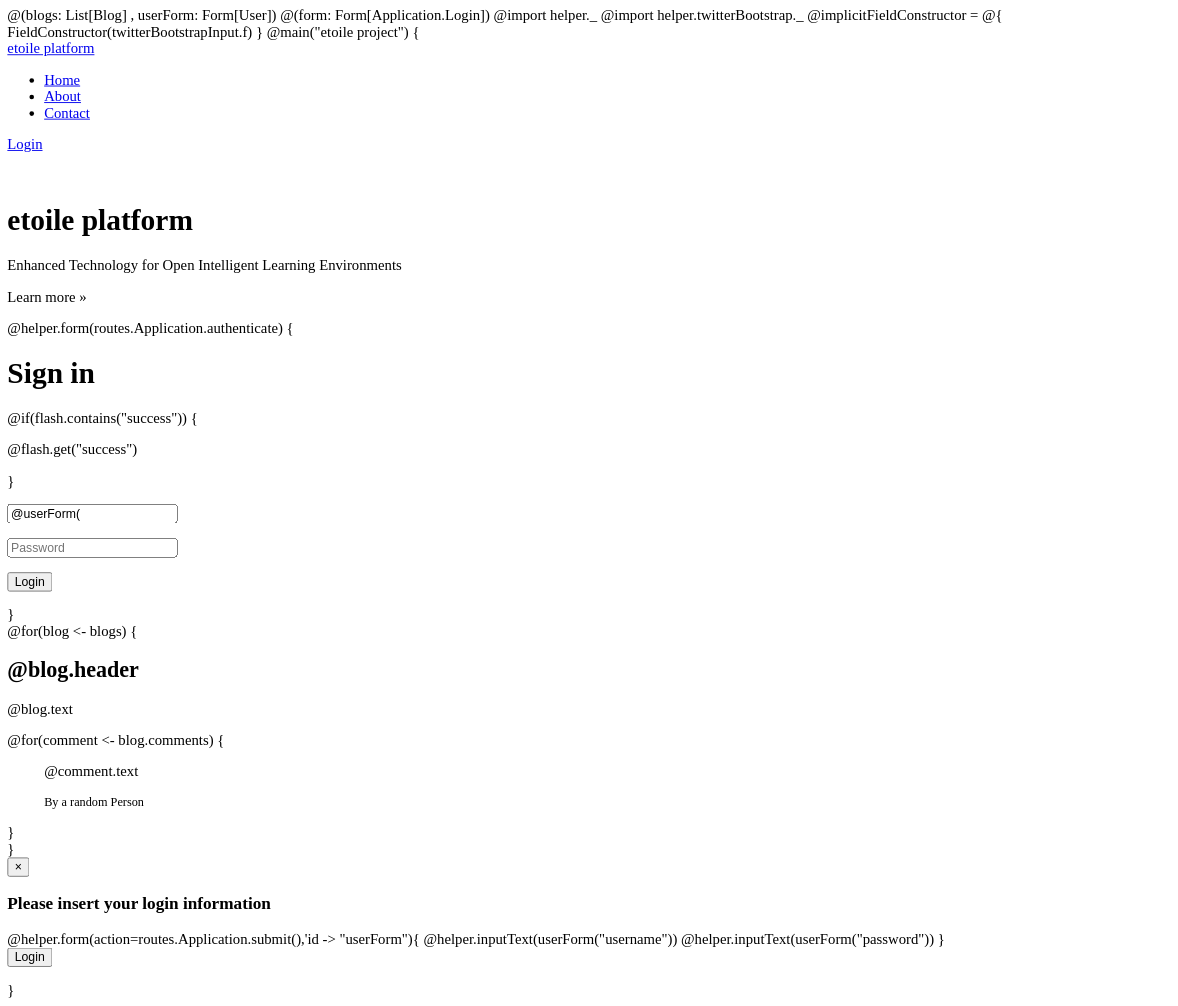
Repository: lopesdasilva/etoile
Page: etoile-play/.target/views/index.scala.html
These files come from the project's save history. The page is drawn as it stood at one moment and after the next save; the edit follows.
The browser window is 1280 px wide. The pictures show the whole page, at 92% of full size.

Above is the page before, as saved 2012-10-23 10:49:13.

### etoile-play/.target/views/index.scala.html
@(blogs: List[Blog] , userForm: Form[User])
@(form: Form[Application.Login])
@import helper._
@import helper.twitterBootstrap._
@implicitFieldConstructor = @{ FieldConstructor(twitterBootstrapInput.f) }
@main("etoile project") {

<div class="navbar navbar-inverse navbar-fixed-top">
      <div class="navbar-inner">
        <div class="container">
          <a class="btn btn-navbar" data-toggle="collapse" data-target=".nav-collapse">
            <span class="icon-bar"></span>
            <span class="icon-bar"></span>
            <span class="icon-bar"></span>
          </a>
          <a class="brand" href="#">etoile platform</a>
          <div class="nav-collapse collapse">
            <ul class="nav">
              <li class="active"><a href="#">Home</a></li>
              <li><a href="#about">About</a></li>
              <li><a href="#contact">Contact</a></li>
            </ul>
            <form class="navbar-form pull-right">
             <a href="#loginModal" role="button" class="btn btn-primary" data-toggle="modal">Login</a>



            </form>
          </div><!--/.nav-collapse -->
        </div>
      </div>
    </div>


 <br>
<div class="hero-unit">
	<h1>etoile platform</h1>
	<p>Enhanced Technology for Open Intelligent Learning Environments</p>
	 <p><a class="btn btn-primary btn-large">Learn more &raquo;</a></p>
</div>

 @helper.form(routes.Application.authenticate) {

            <h1>Sign in</h1>



            @if(flash.contains("success")) {
                <p class="success">
                    @flash.get("success")
                </p>
            }

            <p>
                <input type="username" name="username" placeholder="Username" value="@userForm("username").value">
            </p>
            <p>
                <input type="password" name="password" placeholder="Password">
            </p>
            <p>
                <button type="submit">Login</button>
            </p>

        }

<!-- Example row of columns -->
<div class="row" >
	@for(blog <- blogs) {
	<div class="span12">
		<h2>@blog.header</h2>
		<p>@blog.text</p>
		@for(comment <- blog.comments) {
		<blockquote>
			<p>@comment.text</p>
			<small>By a random Person</small>
		</blockquote>
		}
	</div>
	}
</div>

<form>
<div id="loginModal" class="modal hide fade" tabindex="-1" role="dialog" aria-labelledby="myModalLabel" aria-hidden="true">
  <div class="modal-header">
    <button type="button" class="close" data-dismiss="modal" aria-hidden="true">&times;</button>
    <h3 id="myModalLabel">Please insert your login information</h3>
  </div>
  <div class="modal-body">
   @helper.form(action=routes.Application.submit(),'id -> "userForm"){
			              	@helper.inputText(userForm("username"))
			              	            	@helper.inputText(userForm("password"))
			              	            	}
  </div>
  <div class="modal-footer">
    <button class="btn btn-primary" formaction="signup" formmethod="post">Login</button>
  </div>
</div>
</form>

}

After the next save:
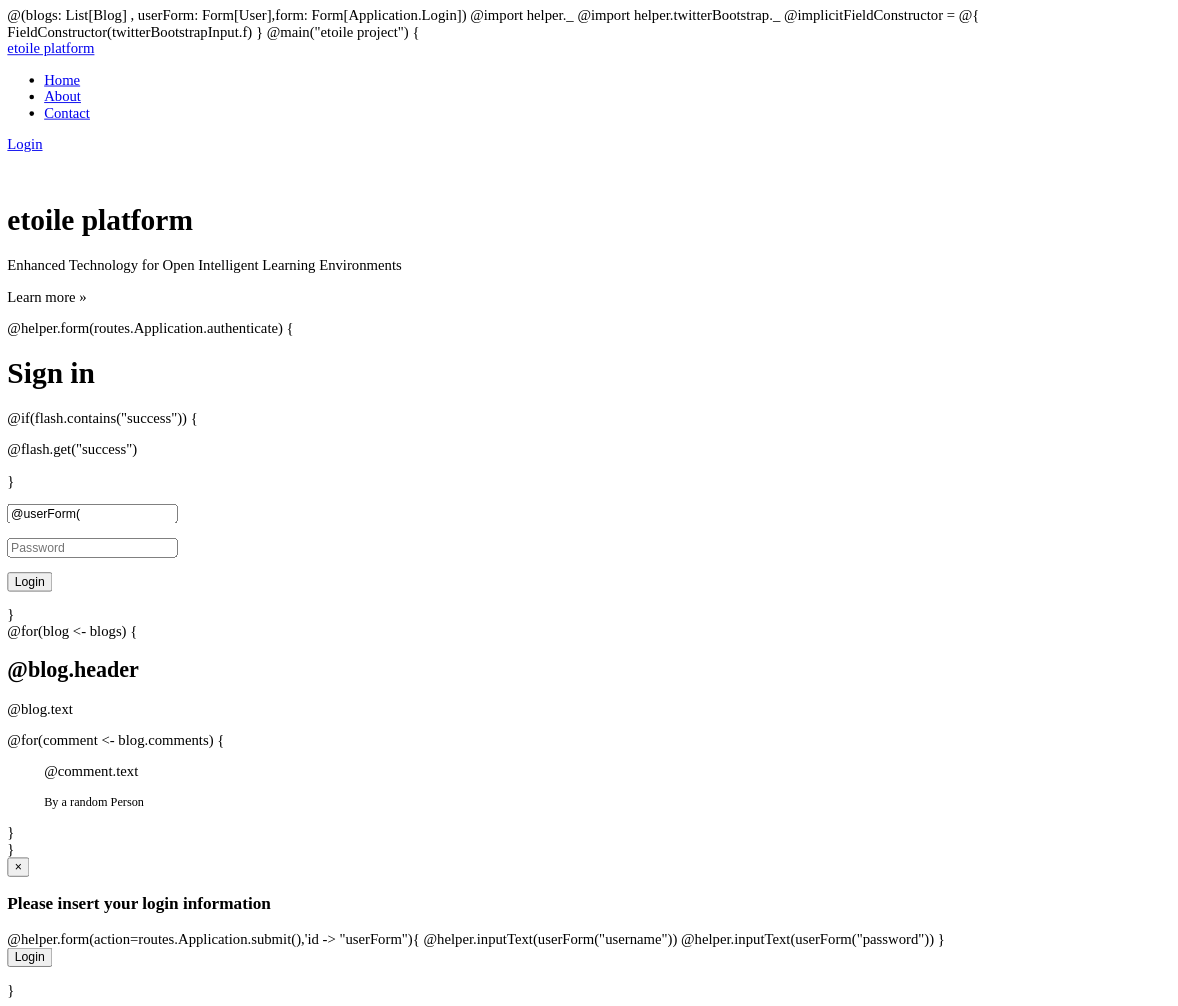
Saved 35 s later.
--- a/etoile-play/.target/views/index.scala.html
+++ b/etoile-play/.target/views/index.scala.html
@@ -1,5 +1,5 @@
-@(blogs: List[Blog] , userForm: Form[User])
-@(form: Form[Application.Login])
+@(blogs: List[Blog] , userForm: Form[User],form: Form[Application.Login])
+
 @import helper._
 @import helper.twitterBootstrap._
 @implicitFieldConstructor = @{ FieldConstructor(twitterBootstrapInput.f) }
